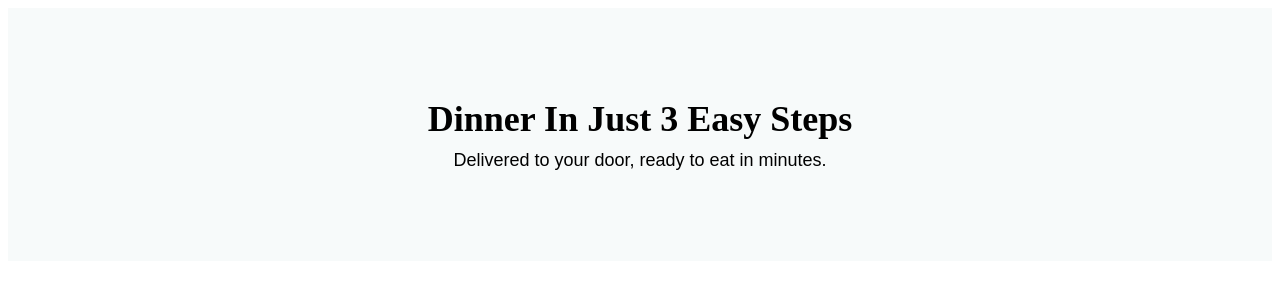
Repository: ST-United-Internship/leadpage
Page: icons-UI.html
These files come from the project's save history. The page is drawn as it stood at one moment and after the next save; the edit follows.
The browser window is 1280 px wide. The pictures show the whole page.

Above is the page before, as saved 2023-03-15 09:28:19.

After the next save:
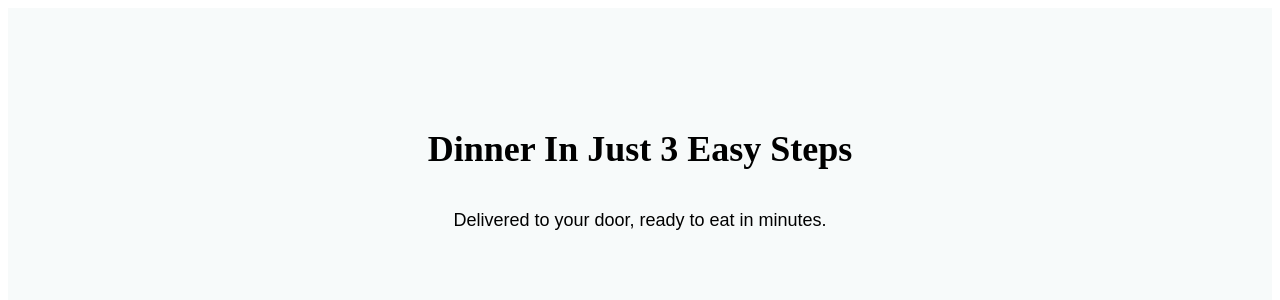
Saved 63 s later.
--- a/css/icons-UI.css
+++ b/css/icons-UI.css
@@ -9,7 +9,7 @@
 
 .about .title-text h2{
     font-size: 36px;
-    margin: 0px 0px 10px 0px;
+    padding: 0px 0px 10px 0px;
 }
 
 .about .title-text p{

After the save that followed:
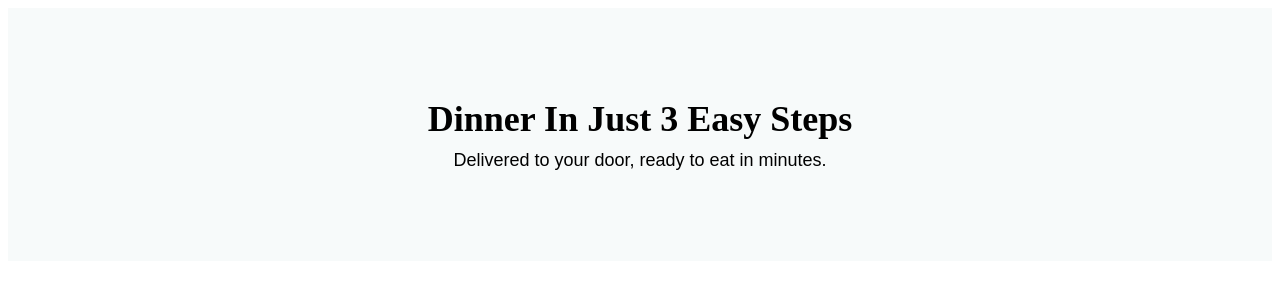
Saved 13 s later.
--- a/css/icons-UI.css
+++ b/css/icons-UI.css
@@ -9,7 +9,7 @@
 
 .about .title-text h2{
     font-size: 36px;
-    padding: 0px 0px 10px 0px;
+    margin: 0px 0px 10px 0px;
 }
 
 .about .title-text p{
